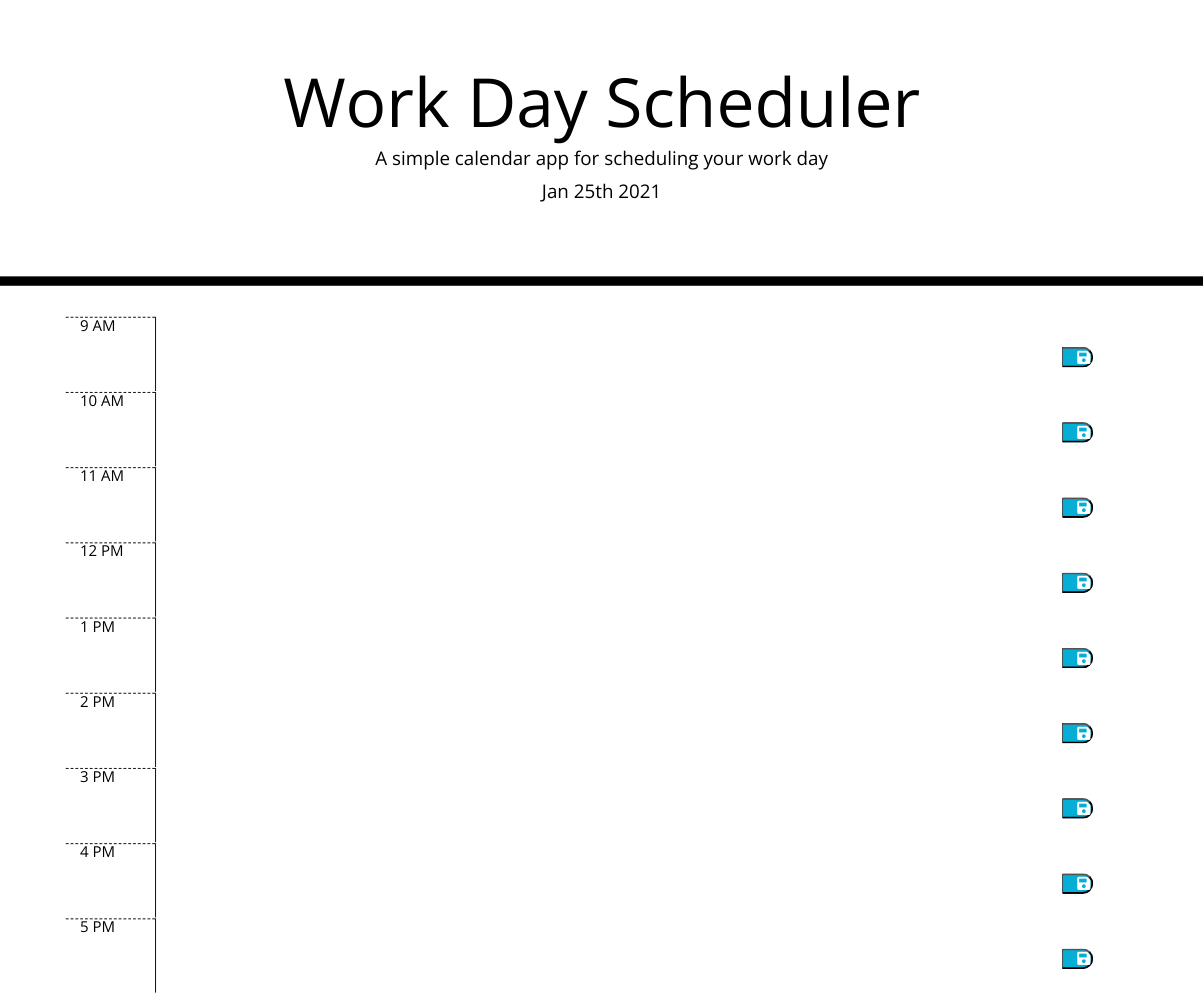
Repository: UPye/workDayScheduler
Page: index.html
An editor plug-in stored every save of this project. The page is shown before and after the next save, followed by the edit.
The browser window is 1280 px wide. The pictures show the whole page, at 94% of full size.
Some web libraries are served in a nearby version.

Above is the page before, as saved 2021-01-25 21:48:43.

After the next save:
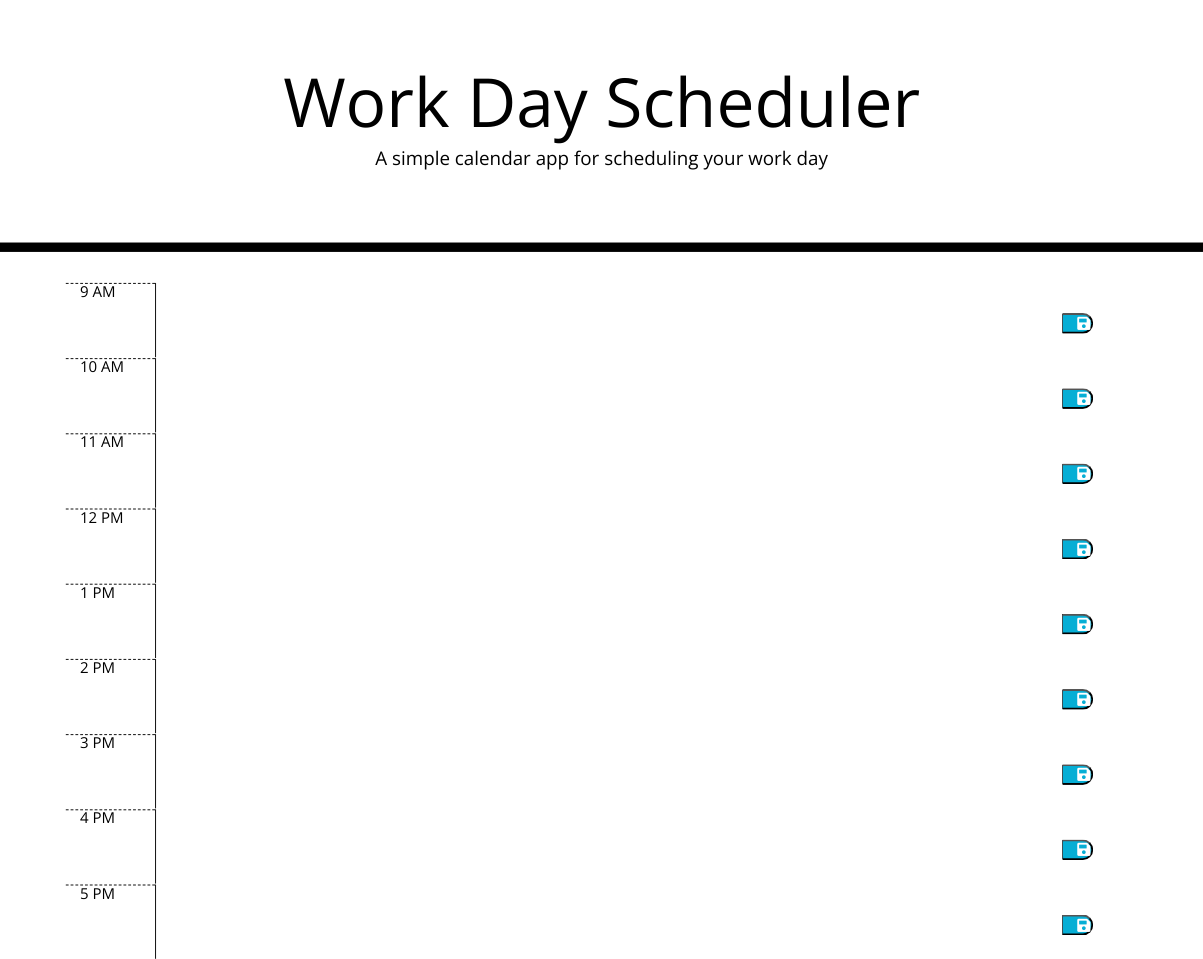
Console error: SyntaxError: Unexpected token ')'
Saved 4 s later.
--- a/assets/JS/script.js
+++ b/assets/JS/script.js
@@ -36,7 +36,7 @@
 // Check if task is in the past, present, or future
 $("textarea").each(function() {
     var calendarTime = parseInt(this.id);
-    if (calendarTime >= 9 )
+    if (calendarTime >= 9 && )
         $(this).removeClass("past");
         $(this).removeClass("present");
         $(this).removeClass("future");

After the 4 saves that followed:
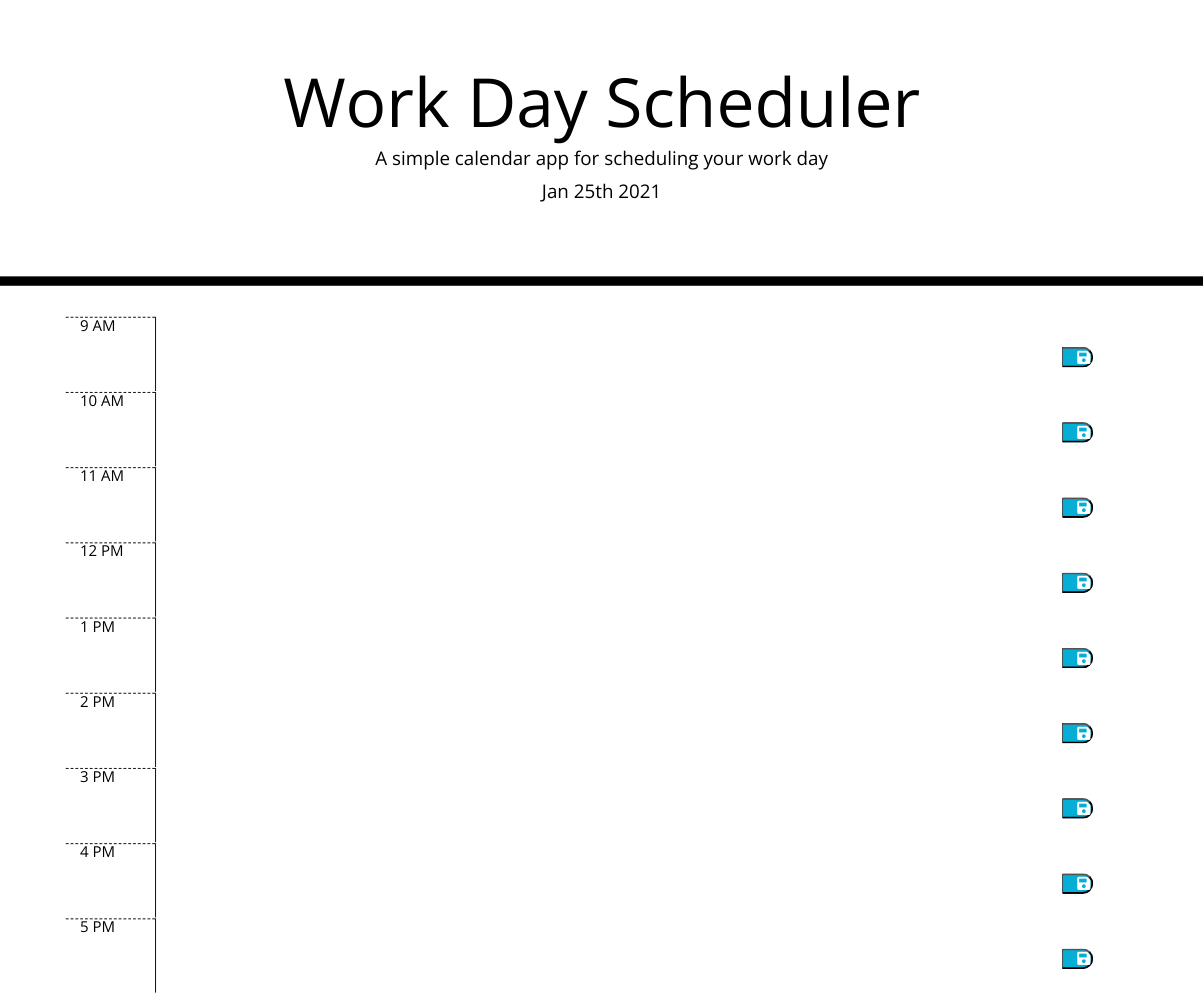
The error is gone.
The 4 saves are shown as one change because 1 left the picture as it was and some came seconds apart.
The last was saved 15 s later.
--- a/assets/JS/script.js
+++ b/assets/JS/script.js
@@ -36,7 +36,7 @@
 // Check if task is in the past, present, or future
 $("textarea").each(function() {
     var calendarTime = parseInt(this.id);
-    if (calendarTime >= 9 && )
+    if (calendarTime >= 9 && calendarTime <= 11)
         $(this).removeClass("past");
         $(this).removeClass("present");
         $(this).removeClass("future");
